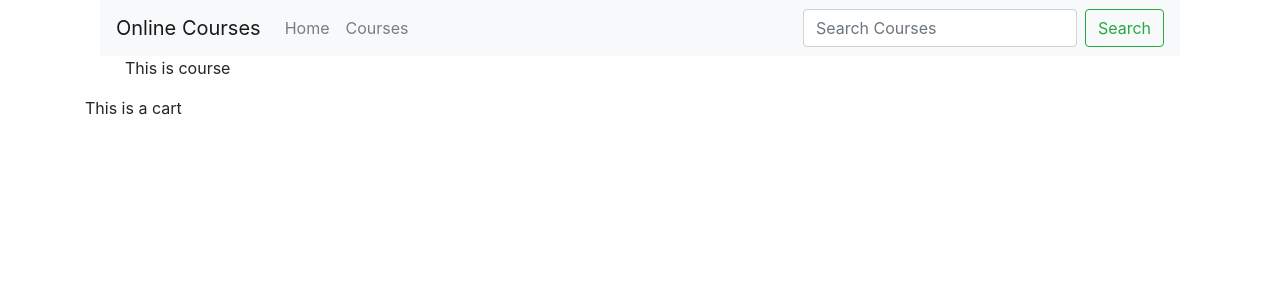
Repository: ranamahmud/online-class-react
Page: /
These files come from the project's save history. The page is drawn as it stood at one moment and after a run of saves; the edit follows.
The browser window is 1280 px wide. The pictures show the whole page.
The project was rebuilt for these pictures with package versions that can differ from the ones it lists, and the page was loaded fresh each time. Also part of the build but not shown: src/App.css.

Above is the page before, as saved 2020-08-27 20:59:11.

### src/App.js
import React from 'react';
import './App.css';
import 'bootstrap/dist/css/bootstrap.min.css';
import { Navbar, Nav, Form, FormControl, Button, Container, Row, Col } from 'react-bootstrap';
import Header from '../src/Component/Header/Header'
import Class from '../src/Component/Class/Class'
function App() {
  return (
    <Container>
      <Header></Header>
      <Class></Class>
    </Container>
  );
}

export default App;

### src/Component/Header/Header.js
import React from 'react';
import { Navbar, Nav, Form, FormControl, Button, Container} from 'react-bootstrap';

const Header = () => {
    return (
        <Container>
        <Navbar bg="light" expand="lg">
          <Navbar.Brand href="#home">Online Courses</Navbar.Brand>
          <Navbar.Toggle aria-controls="basic-navbar-nav" />
          <Navbar.Collapse id="basic-navbar-nav">
            <Nav className="mr-auto">
              <Nav.Link href="#home">Home</Nav.Link>
              <Nav.Link href="#link">Courses</Nav.Link>
            </Nav>
            <Form inline>
              <FormControl type="text" placeholder="Search Courses" className="mr-sm-2" />
              <Button variant="outline-success">Search</Button>
            </Form>
          </Navbar.Collapse>
        </Navbar>
      </Container>
    );
};

export default Header;

### src/Component/Class/Class.js
import React from 'react';
import Cart from '../Cart/Cart'
const Class = () => {
  return (
    <div>
      <div>
        <ul>
          This is course
        </ul>
      </div>
      <Cart></Cart>
    </div>
  );
};

export default Class;

### src/Component/Cart/Cart.js
import React from 'react';

const Cart = () => {
    return (
        <div>
            This is a cart
        </div>
    );
};

export default Cart;

Loaded but not shown: public/index.html (common file); src/index.js (common file); src/index.css (common file); src/serviceWorker.js (common file)

After the next 2 saves:
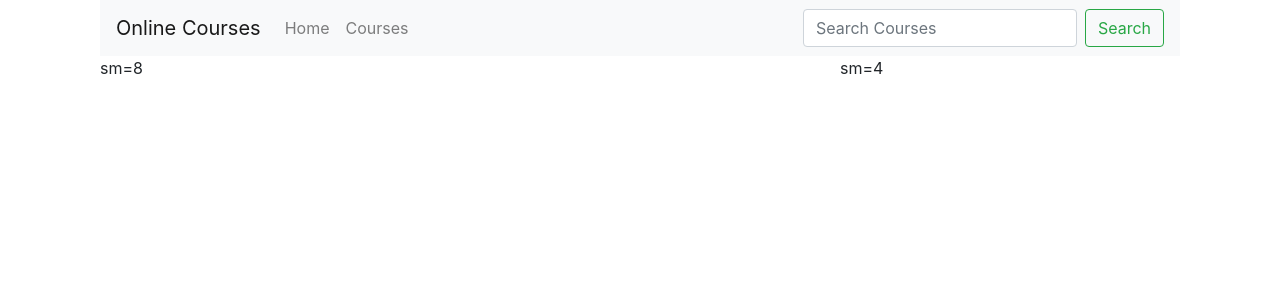
The 2 saves are shown as one change because 1 did not build or start.
The last was saved 73 s later.
--- a/src/Component/Class/Class.js
+++ b/src/Component/Class/Class.js
@@ -1,15 +1,14 @@
 import React from 'react';
 import Cart from '../Cart/Cart'
+import {Container, Col, Row} from 'react-bootstrap'
 const Class = () => {
   return (
-    <div>
-      <div>
-        <ul>
-          This is course
-        </ul>
-      </div>
-      <Cart></Cart>
-    </div>
+    <Container>
+  <Row>
+    <Col sm={8}>sm=8</Col>
+    <Col sm={4}>sm=4</Col>
+  </Row>
+  </Container>
   );
 };
 
